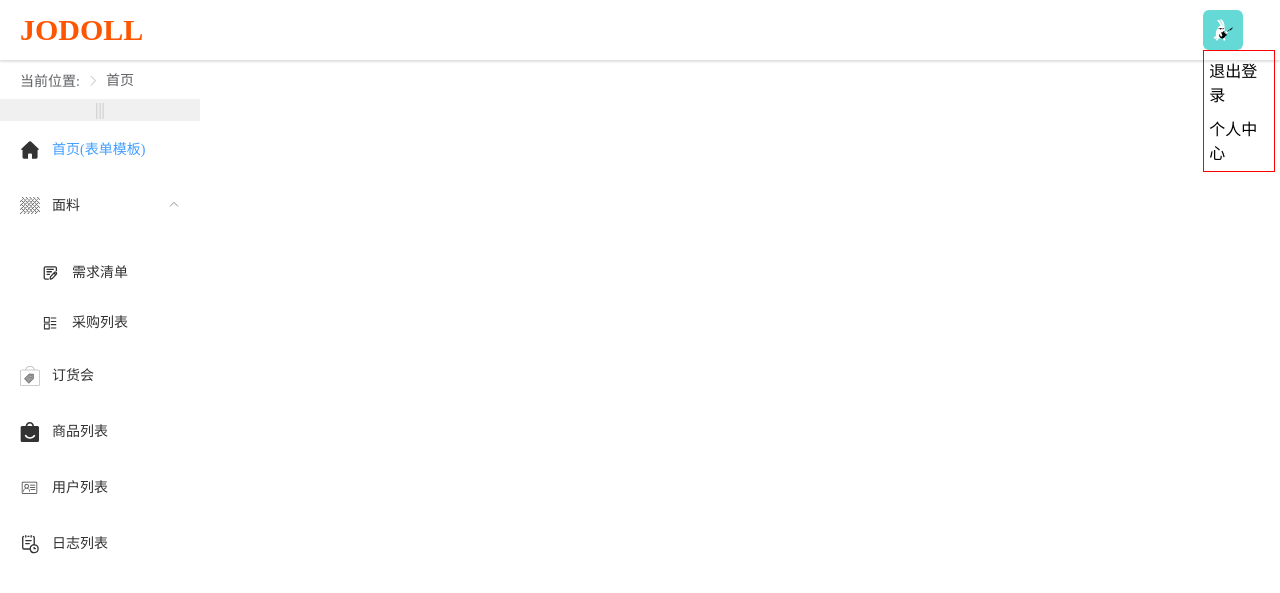
Repository: wangshanghai240/doll-practive
Page: /admin
An editor plug-in stored every save of this project. The page is shown before and after the next save, followed by the edit.
The browser window is 1280 px wide. The pictures show the whole page.
The project was rebuilt for these pictures with package versions that can differ from the ones it lists, and the page was loaded fresh each time. Also part of the build but not shown: vue.config.js. Imported but missing from the stored project, and not drawn on this page: src/views/admin/ordermeeting/ordermeeting/ordersearch.vue.

Above is the page before, as saved 2021-08-24 10:55:46.

After the next save:
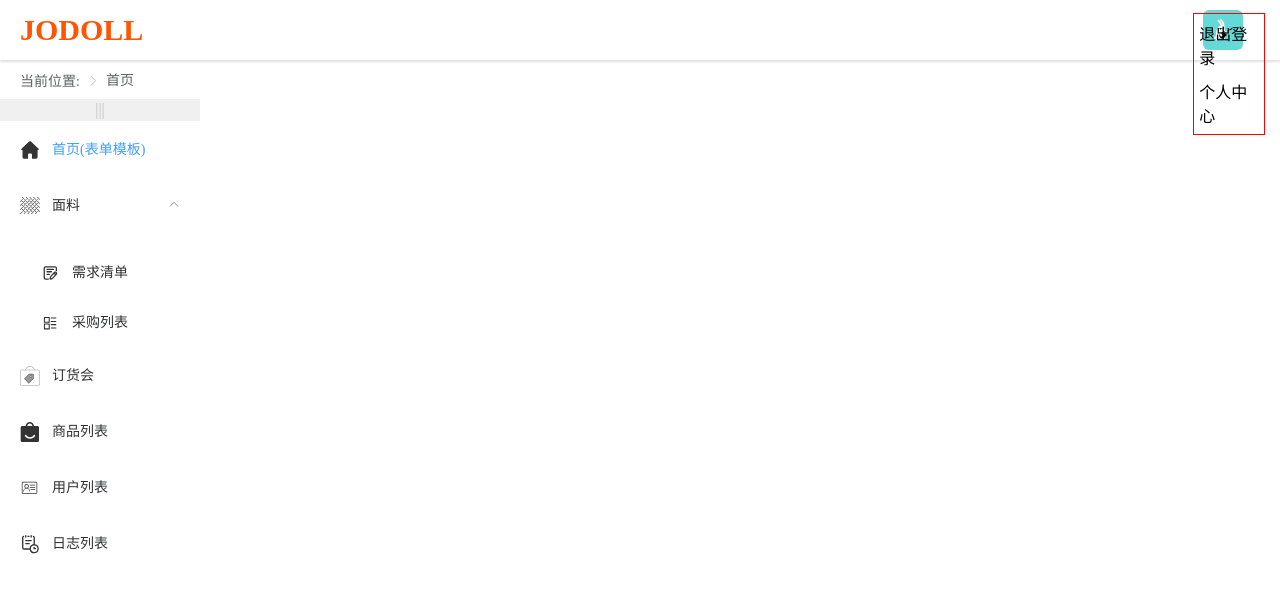
Saved 31 s later.
--- a/src/components/content/Logout.vue
+++ b/src/components/content/Logout.vue
@@ -49,6 +49,8 @@ name:'Logout',
   /* display: none; */
   width:70px;
   position: absolute;
+  top:3px;
+  left:-10px;
   border:1px solid red;
   z-index: 3;
 }
